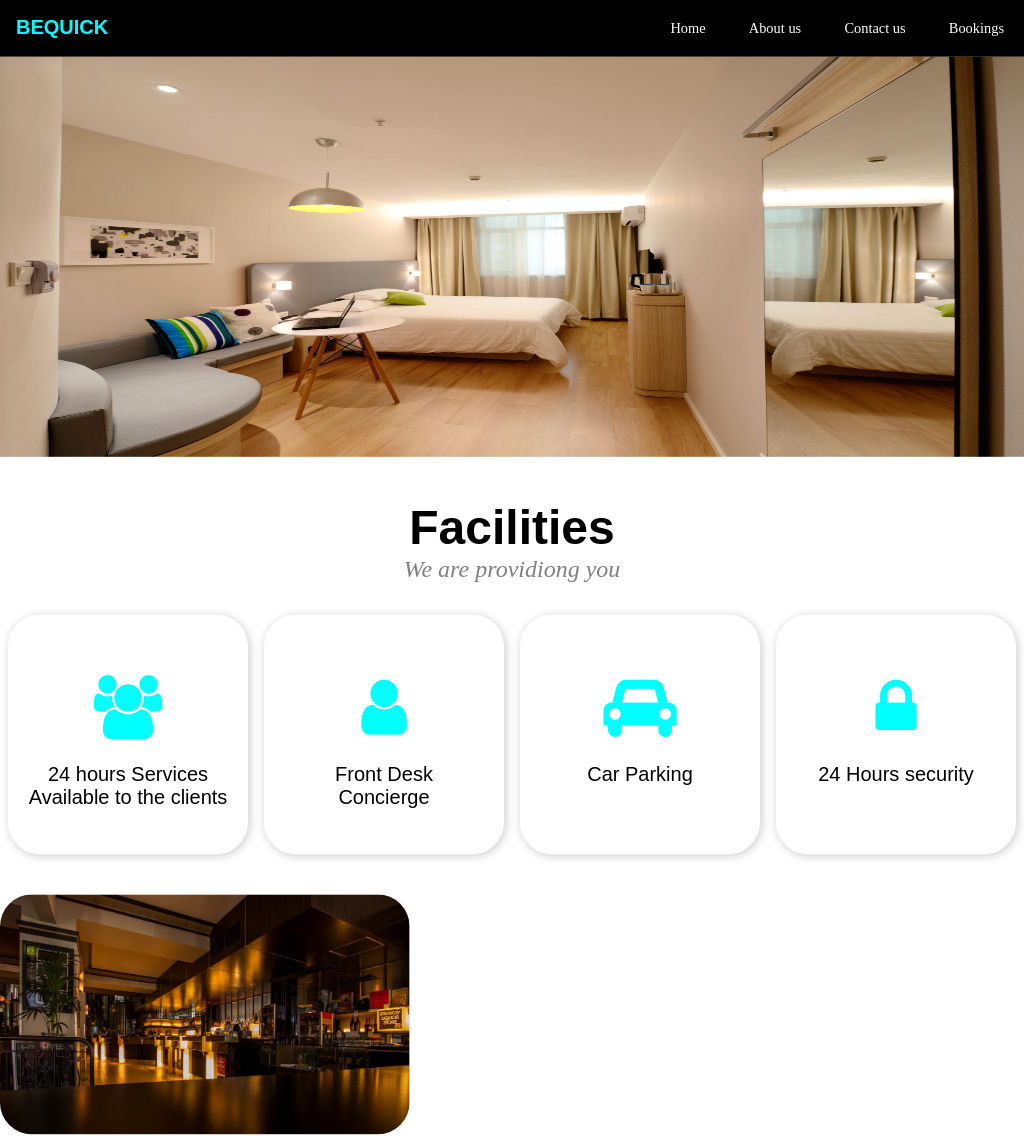
Repository: Ayushi6Sharma/BEQUICK_Hotel_Booking_Web
Page: index.html
An editor plug-in stored every save of this project. The page is shown before and after the next save, followed by the edit.
The browser window is 1280 px wide. The pictures show the whole page, at 80% of full size.

Above is the page before, as saved 2022-05-09 01:35:37.

### index.html
<!DOCTYPE html>
<html lang="en">
<head>
    <meta charset="UTF-8">
    <meta http-equiv="X-UA-Compatible" content="IE=edge">
    <meta name="viewport" content="width=device-width, initial-scale=1.0">
    <link rel="stylesheet" href="style.css">
    <!-- <link rel="stylesheet" href="https://cdn.jsdelivr.net/npm/@fortawesome/fontawesome-free@5.15.4/css/fontawesome.min.css" integrity="sha384-jLKHWM3JRmfMU0A5x5AkjWkw/EYfGUAGagvnfryNV3F9VqM98XiIH7VBGVoxVSc7" crossorigin="anonymous"> -->
    <!-- <link href="https://cdnjs.cloudflare.com/ajax/libs/font-awesome/5.13.0/css/all.min.css" rel="stylesheet"> -->
    <link rel="stylesheet" href="https://stackpath.bootstrapcdn.com/font-awesome/4.7.0/css/font-awesome.min.css" integrity="sha384-wvfXpqpZZVQGK6TAh5PVlGOfQNHSoD2xbE+QkPxCAFlNEevoEH3Sl0sibVcOQVnN" crossorigin="anonymous">

</head>
    <title>Document</title>
</head>
<body>
    <main>
        <nav class="nav">

            <ul class="nav-list">
                <span class="logo">BEQUICK</span>
                <li><a href="#">Home</a></li>
                <li><a href="#">About us</a></li>
                <li><a href="#">Contact us</a></li>
                <li><a href="#">Bookings</a></li>
            </ul>
        </nav>
        <section>
            <div class="hotel-main-image">
                <!-- <div class="bookings-btn">Bookings</div> -->
                <img src="./images/hotel-img-2.jpg" class="hotel-img-2">
            </div>
        </section>
        <!-- section 2  -->
        <section>
            <div class="section2-facilities">
               <div class="main-facilities">Facilities</div>
                <div class="main-facilities-lower">We are providiong you </div>
            </div>
            <div class="flex1-container1">
                <div class="flex1-item1">
                    <div class="facilities">
                        <i class="fa fa-users fa-5x"></i>
                        <div class="facilities-content">
                            24 hours Services Available to the clients
                        </div>
                    </div>
                </div>
                <div class="flex1-item2">
                    <div class="facilities">
                        <i class="fa fa-user fa-5x"></i>
                        <div class="facilities-content">
                            Front Desk
                            <br/>Concierge
                        </div>
                    </div>
                </div>
                <div class="flex1-item3">
                    <div class="facilities">
                        <i class="fa fa-car fa-5x"></i>
                        <div class="facilities-content">
                            Car Parking
                        </div>
                    </div>
                </div>
                <div class="flex1-item4">
                    <div class="facilities">
                        <i class="fa fa-lock fa-5x"></i>
                        <div class="facilities-content">
                            24 Hours security
                        </div>
                    </div>
                </div>
            </div>
        </section>
        <!-- section 3 -->
        <section>
            <div class="about">
                <img src="./images/hotel-img-3.jpg" class="about-image">
            </div>
        </section>
    </main>
</body>
</html>

### style.css
*
{
    padding: 0px;
    margin: 0px;
    box-sizing: border-box;
}
/* nav */
.nav
{
    background-color: black;
}
.nav-list
{
    list-style-type:none;
    width: 100%;
    text-align: end;
}
.nav-list > li
{
    display: inline-block;
    padding: 25px;
    font-size: 18px;
}
.nav-list li a
{
    text-decoration: none;
    color:white;
}
.nav-list li a:hover
{
    color: aquamarine;
}
.logo
{
    padding: 20px;
    color:aqua;
    float: left;
    font-size: 25px;
    font-weight: bolder;
    font-family: sans-serif;
}
/* section 1 */
/* main image */
.hotel-img-2
{
    width: 100%;
    height:500px;
}
hotel-main-image
{
    position: relative;
}
/* .bookings-btn
{
    width:250px;
    height: 60px;
    background-color: black;
    color:white;
    border-radius: 40px;
    text-align: center;
    padding-top: 15px;
    font-size:25px;
    font-family: sans-serif;
    position: absolute;
} */

/* section 2 */
.flex1-container1
{
    display: flex;
    flex-direction: row;
    flex-wrap: wrap;
    margin-top: 40px;
    justify-content: space-around;
    align-content:space-around;
}
/* Facilities */
.section2-facilities
{
    text-align: center;
    margin-top:50px;
}
.main-facilities
{
    font-size: 60px;
    font-weight: bold;
    font-family: sans-serif;
}
.main-facilities-lower
{
    font-size: 30px;
    font-style: italic;
    color:grey;
}
.facilities
{
    width:300px;
    height:300px;
    text-align:center;
    border-radius: 40px;
    box-shadow: 2px 2px 10px 1px lightgrey;
}
.fa
{
    color:aqua;
    margin-top:25%;
}
.facilities-content
{   margin-top: 30px;
    font-size: 25px;
    font-family:sans-serif;
}
/* section 3 */
.about{
    margin-top: 50px;
}
.about-image
{
    width:40%;
    height:300px;
    border-radius: 40px;
}

After the next save:
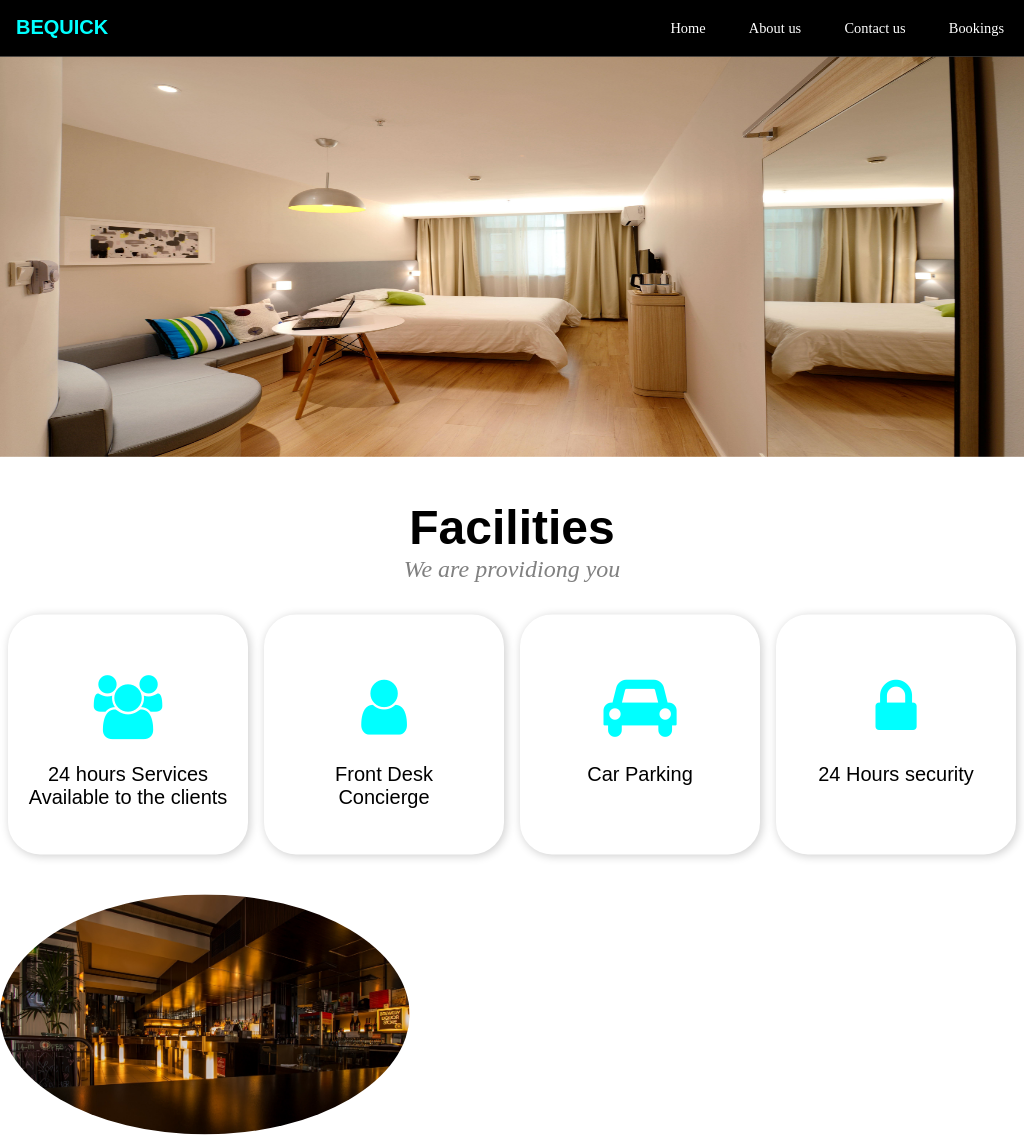
Saved 9 s later.
--- a/style.css
+++ b/style.css
@@ -118,5 +118,5 @@
 {
     width:40%;
     height:300px;
-    border-radius: 40px;
+    border-radius: 50%;
 }

After the save that followed:
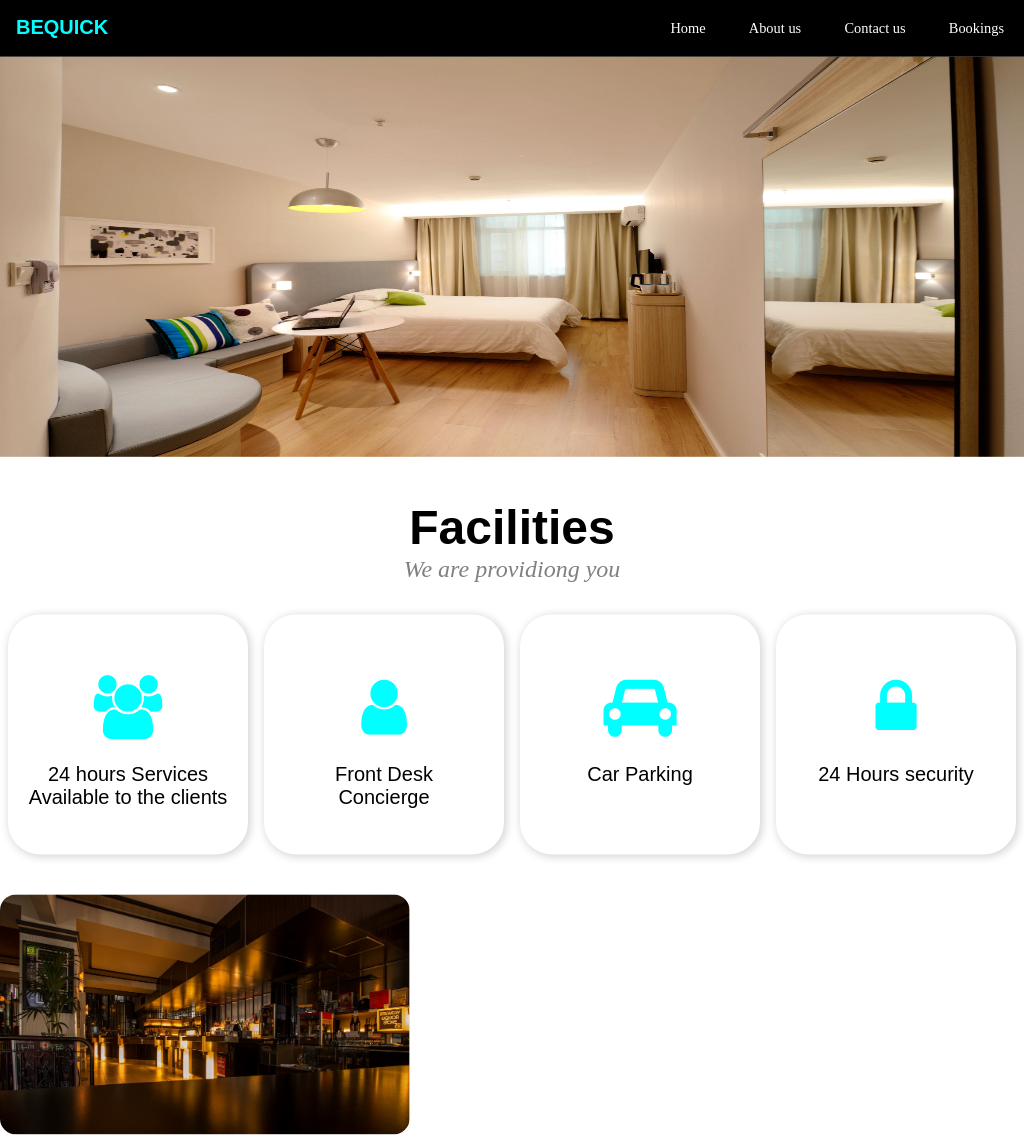
Saved 28 s later.
--- a/style.css
+++ b/style.css
@@ -118,5 +118,5 @@
 {
     width:40%;
     height:300px;
-    border-radius: 50%;
+    border-radius: 20px;
 }
